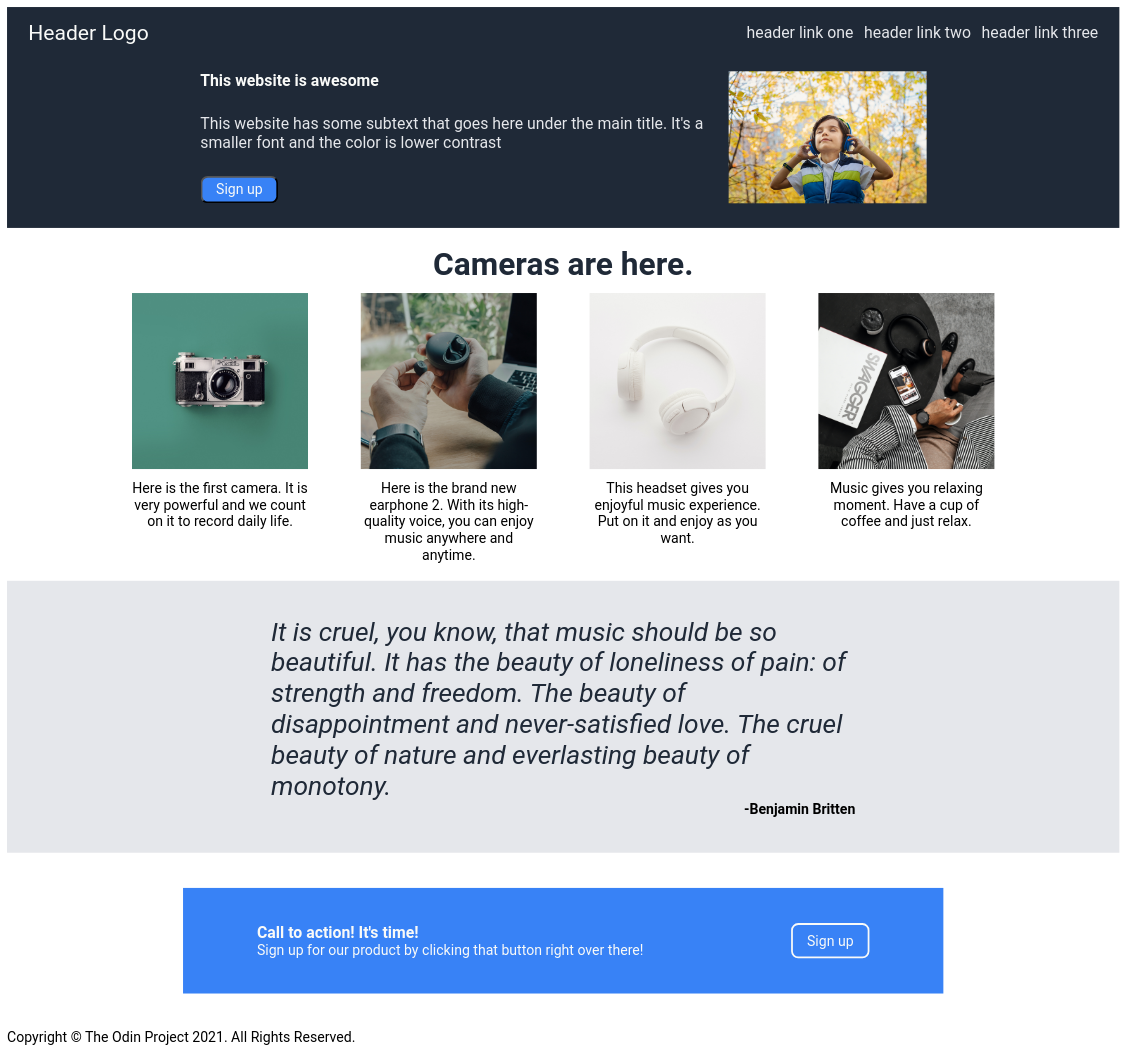
Repository: z1youRA/FirstWebsite
Page: index.html
An editor plug-in stored every save of this project. The page is shown before and after the next save, followed by the edit.
The browser window is 1280 px wide. The pictures show the whole page, at 88% of full size.

Above is the page before, as saved 2021-11-25 19:15:10.

### index.html
<!DOCTYPE html>
<html lang="en">
<head>
    <meta charset="UTF-8">
    <meta http-equiv="X-UA-Compatible" content="IE=edge">
    <meta name="viewport" content="width=device-width, initial-scale=1.0">
    <title>The Odin Project</title>
    <link rel="stylesheet" href="styles.css">
</head>
<body>
    <div class="hero">
        <div class="header">
            <div class="logo">Header Logo</div>
                <ul class="right-links">
                    <li><a href="google.com">header link one</a></li>
                    <li><a href="google.com">header link two</a></li>
                    <li><a href="google.com">header link three</a></li>
                </ul>
        </div>
        <div class="container">
            <div class="text">
                <div class="main">This website is awesome</div>
                <div class="secondary">This website has some subtext that goes here under the main title. It's a smaller font and the color is lower contrast</div>
                <button>Sign up</button>
            </div>
            <img src="images/hero.jpg">
        </div>
    </div>
    <div class="info">
        <div class="header">Cameras are here.</div>
        <div class="pics">
            <div class="device">
                <img src="images/img1.jpg">
                <div>Here is the first camera. It is very powerful and we count on it to record daily life.</div>
            </div>
            <div class="device">
                <img src="images/img2.jpg">
                <div>Here is the brand new earphone 2. With its high-quality voice, you can enjoy music anywhere and anytime.</div>
            </div>
            <div class="device">
                <img src="images/img3.jpg">
                <div>This headset gives you enjoyful music experience. Put on it and enjoy as you want.</div>
            </div>
            <div class="device">
                <img src="images/img4.jpg">
                <div>Music gives you relaxing moment. Have a cup of coffee and just relax.</div>
            </div>
        </div>
    </div>
    <div class="quote">
        <div class="words">It is cruel, you know, that music should be so beautiful. It has the beauty of loneliness of pain: of strength and freedom. The beauty of disappointment and never-satisfied love. The cruel beauty of nature and everlasting beauty of monotony.</div>
        <div class="author">-Benjamin Britten</div>
    </div>
    <div class="end">
        <div class="container">
            <div class="text">
                <div class="main">Call to action! It's time!</div>
                <div class="secondary">Sign up for our product by clicking that button right over there!</div>
            </div>
            <button>Sign up</button>
        </div>
    </div>
    <div class="footer">
        Copyright © The Odin Project 2021. All Rights Reserved.
    </div>
</body>
</html>

### styles.css
* {
    font-family:roboto, 'Gill Sans', 'Gill Sans MT', Calibri, 'Trebuchet MS', sans-serif;
}

.hero {
    background-color: #1f2937;
    display: flex;
    flex-direction: column;
    padding-bottom: 28px;
}

.hero .header {
    display: flex;
    align-items: center;
    justify-content: space-between;
    padding: 0 24px 0;
    margin-bottom: 16px;
}

.hero .container {
    display: flex;
    align-items: center;
    justify-content: center;
}

button {
    background-color: #3882f6;
    color: #F9FAF8;
    border-radius: 8px;
    font-size: 16px;
    padding: 4px 16px;
}

.hero button {
    align-self: flex-start;
}

.hero .text {
    display: flex;
    flex-direction: column;
    justify-content: space-between;
    height: 150px;
    max-width: 600px;
    flex-wrap: nowrap;
}

.hero img {
    max-height: 150px;
}

.header .logo {
    font-size: 24px;
    color: #F9FAF8;
}

.header .right-links {
    font-size: 18px;
    color: #e5e7eb;
    display: flex;
    flex-direction: row;
    gap: 12px;
}

.hero .main {
    font-size: 48px;
    font-weight:bolder;
    color: #F9FAF8;
}

.hero .secondary {
    font-size: 18px;
    color: #e5e7eb;
}

ul {
    list-style-type: none;
}

.header a {
    text-decoration: none;
    color: #e5e7eb;
}

.info {
    padding: 20px;
}

.device {
    display: flex;
    flex-direction: column;
    max-width: 200px;
    text-align: center;
    gap: 12px;
    flex: 0 0 auto;
}

.device img {
    max-width: 200px;
}

.info .header {
    text-align: center;
    font-size: 36px;
    font-weight: bolder;
    color: #1f2937;
    margin-bottom: 12px;
}

.info .pics {
    display: flex;
    justify-content: center;
    gap: 60px;
}

.quote {
    background-color: #e5e7eb;
    padding: 40px 300px;
}

.quote .words {
    font-size: 30px;
    font-style: italic;
    color: #1f2937;
}

.quote .author {
    font-weight: bold;
    text-align: end;
}

.end .container {
    color: #F9FAF8;
    padding: 40px 0;
    background-color: #3882f6;
    display: flex;
    justify-content: space-around;
}

.container .main {
    font-weight: bold;
    font-size: 18px;
}

.end {
    padding :40px 200px;
}

.end button {
    border: 2px solid #F9FAF8;
}

After the next save:
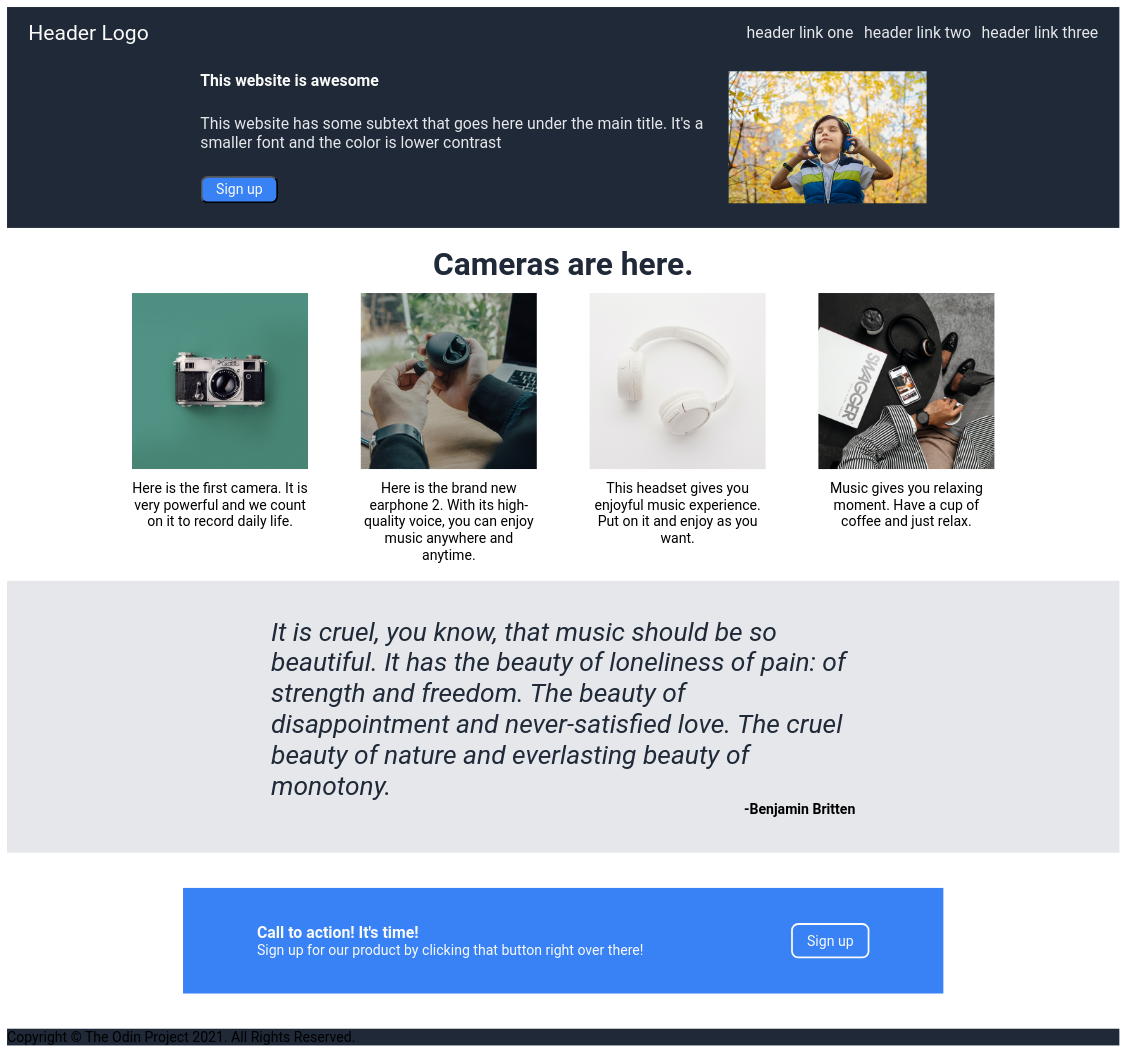
Saved 48 s later.
--- a/styles.css
+++ b/styles.css
@@ -148,3 +148,7 @@ ul {
 .end button {
     border: 2px solid #F9FAF8;
 }
+
+.footer {
+    background-color: #1f2937;
+}
